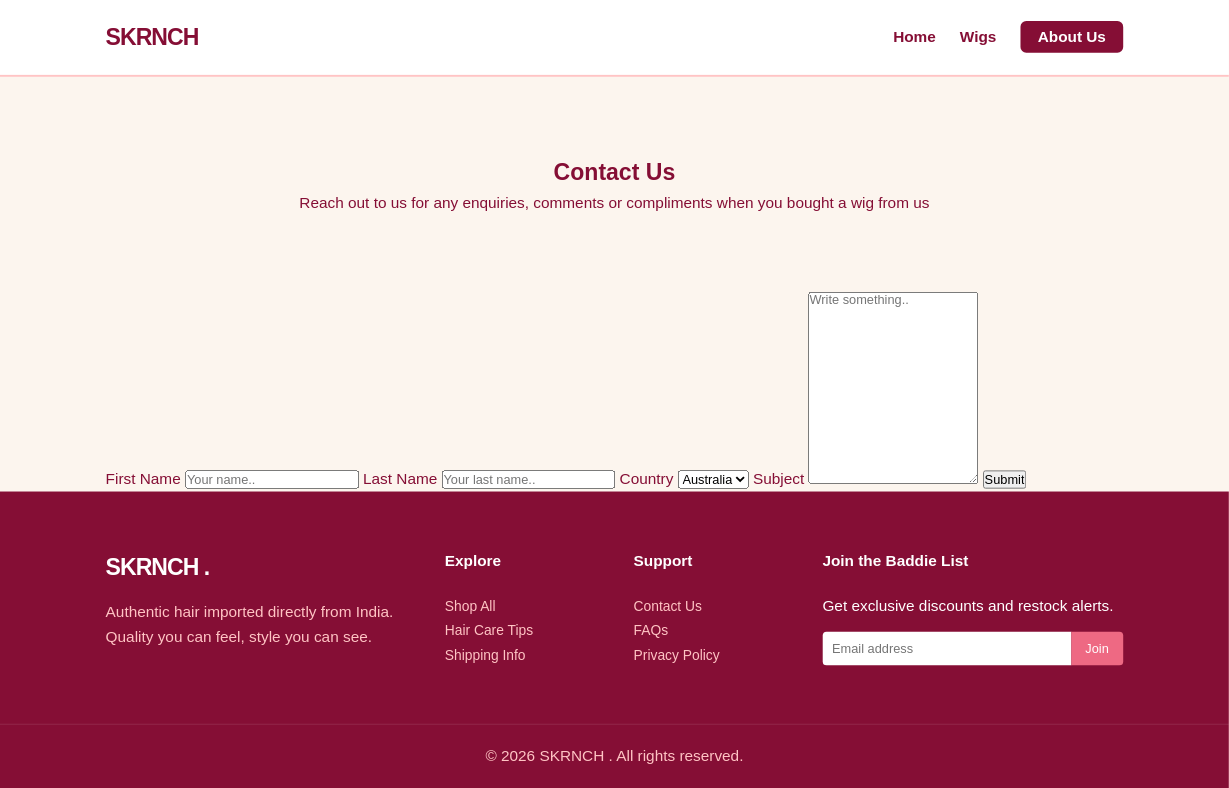
Repository: ndirituart/Portfolio
Page: contact.html
These files come from the project's save history. The page is drawn as it stood at one moment and after a run of saves; the edit follows.
The browser window is 1280 px wide. The pictures show the whole page, at 96% of full size.

Above is the page before, as saved 2026-01-23 18:51:28.

### contact.html
<!DOCTYPE html>
<html lang="en">
<head>
    <meta charset="UTF-8">
    <meta name="viewport" content="width=device-width, initial-scale=1.0">
    <title>SKRNCH  | Premium Indian Hair</title>
</head>
<body>

    <header class="main-header">
        <div class="container">
            <div class="logo">SKRNCH </div>
            <nav>
                <ul>
                    <li><a href="#">Home</a></li>
                    <li><a href="buywigs.html">Wigs</a></li>
                    <li><a href="about.html" class="btn-small">About Us</a></li>
                </ul>
            </nav>
        </div>
    </header>

    <main>
        <section class="hero" id="home">
            <div class="container">
                <div class="hero-content">
                    <h1>Contact Us</h1>
                    <p>Reach out to us for any enquiries, comments or compliments when you bought a wig from us</p>
                </div>
            </div>
        </section>


<!--Contact Form that will be sent to the business email-->
        <div class="container">
  <form action="/action_page.php">
    <label for="fname">First Name</label>
    <input type="text" id="fname" name="firstname" placeholder="Your name..">

    <label for="lname">Last Name</label>
    <input type="text" id="lname" name="lastname" placeholder="Your last name..">

    <label for="country">Country</label>
    <select id="country" name="country">
      <option value="australia">Australia</option>
      <option value="canada">Canada</option>
      <option value="usa">USA</option>
    </select>

    <label for="subject">Subject</label>
    <textarea id="subject" name="subject" placeholder="Write something.." style="height:200px"></textarea>

    <input type="submit" value="Submit">
  </form>
</div>
    </main>

    <footer class="main-footer">
        <div class="container footer-grid">
            <div class="footer-brand">
                <div class="logo" style="color: white;">SKRNCH <span>.</span></div>
                <p>Authentic hair imported directly from India. Quality you can feel, style you can see.</p>
            </div>
            <div class="footer-links">
                <h4>Explore</h4>
                <ul>
                    <li><a href="#">Shop All</a></li>
                    <li><a href="#">Hair Care Tips</a></li>
                    <li><a href="#">Shipping Info</a></li>
                </ul>
            </div>
            <div class="footer-links">
                <h4>Support</h4>
                <ul>
                    <li><a href="#">Contact Us</a></li>
                    <li><a href="#">FAQs</a></li>
                    <li><a href="#">Privacy Policy</a></li>
                </ul>
            </div>
            <div class="footer-contact">
                <h4>Join the Baddie List</h4>
                <p>Get exclusive discounts and restock alerts.</p>
                <div class="input-group">
                    <input type="email" placeholder="Email address">
                    <button>Join</button>
                </div>
            </div>
        </div>
        <div class="footer-bottom">
            <p>&copy; 2026 SKRNCH . All rights reserved.</p>
        </div>
    </footer>

</body>
</html>

<style>
    /* Color Palette: https://colorhunt.co/palette/fcf5eeffc4c4ee6983850e35 */
:root {
    --cream: #FCF5EE;
    --pink: #FFC4C4;
    --rose: #EE6983;
    --burgundy: #850E35;
    --max-width: 1100px;
}

* {
    margin: 0;
    padding: 0;
    box-sizing: border-box;
    font-family: 'Princess Siena', sans-serif;
}

body {
    background-color: var(--cream);
    color: var(--burgundy);
    line-height: 1.6;
}

.container {
    max-width: var(--max-width);
    margin: 0 auto;
    padding: 0 20px;
}

/* --- HEADER STYLING (Restored & Enhanced) --- */
.main-header {
    background: white;
    padding: 20px 0;
    position: sticky;
    top: 0;
    z-index: 1000;
    border-bottom: 2px solid var(--pink);
}

.main-header .container {
    display: flex;
    justify-content: space-between;
    align-items: center;
}

.logo {
    font-size: 1.5rem;
    font-weight: 800;
    color: var(--burgundy);
    letter-spacing: -1px;
}

nav ul {
    display: flex;
    list-style: none;
    align-items: center;
}

nav ul li { margin-left: 25px; }

nav ul li a {
    text-decoration: none;
    color: var(--burgundy);
    font-weight: 600;
    transition: 0.3s;
}

.btn-small {
    background: var(--burgundy);
    color: white !important;
    padding: 8px 18px;
    border-radius: 6px;
}

/* --- HERO & VIDEO --- */
.hero {
    padding: 80px 0;
    text-align: center;
}


/* --- FOOTER STYLING (Restored) --- */
.main-footer {
    background: var(--burgundy);
    color: white;
    padding: 60px 0 20px;
}

.footer-grid {
    display: grid;
    grid-template-columns: 2fr 1fr 1fr 2fr;
    gap: 40px;
}

.footer-brand p { color: var(--pink); margin-top: 15px; }

.footer-links h4, .footer-contact h4 { margin-bottom: 20px; color: white; }

.footer-links ul { list-style: none; }

.footer-links ul li a {
    color: var(--pink);
    text-decoration: none;
    font-size: 0.9rem;
}

.input-group {
    display: flex;
    margin-top: 15px;
}

.input-group input {
    padding: 10px;
    border: none;
    border-radius: 4px 0 0 4px;
    flex: 1;
}

.input-group button {
    padding: 10px 15px;
    background: var(--rose);
    border: none;
    color: white;
    border-radius: 0 4px 4px 0;
    cursor: pointer;
}

.footer-bottom {
    text-align: center;
    margin-top: 60px;
    padding-top: 20px;
    border-top: 1px solid rgba(255,255,255,0.1);
    color: var(--pink);
}
</style>

After the next 2 saves:
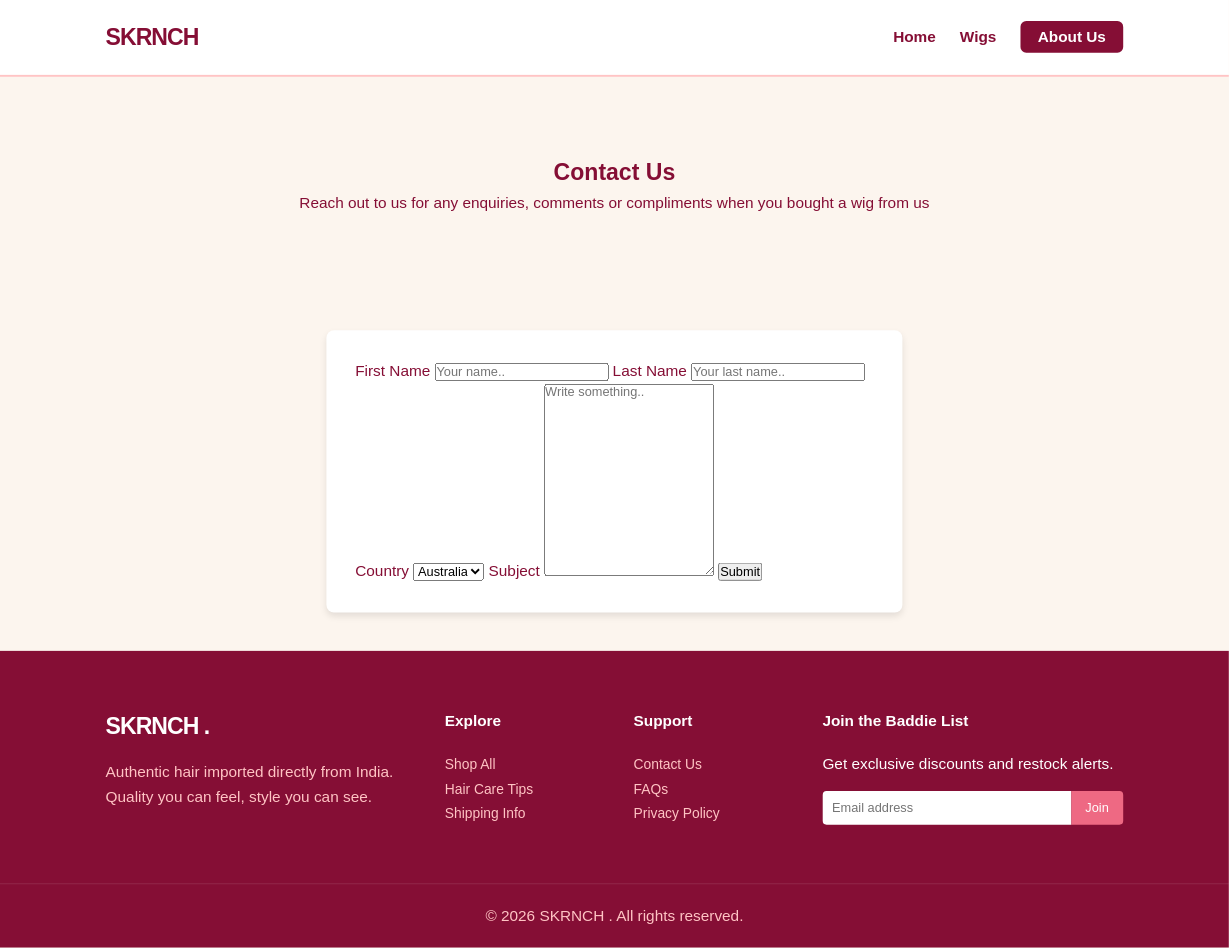
The 2 saves are shown as one change because they came seconds apart.
The last was saved 8 s later.
--- a/contact.html
+++ b/contact.html
@@ -174,7 +174,15 @@ nav ul li a {
     text-align: center;
 }
 
-
+/* --- FORM STYLING --- */
+.container form {
+    max-width: 600px;
+    margin: 40px auto;
+    background: white;
+    padding: 30px;
+    border-radius: 8px;
+    box-shadow: 0 4px 8px rgba(0,0,0,0.1);
+}
 /* --- FOOTER STYLING (Restored) --- */
 .main-footer {
     background: var(--burgundy);
